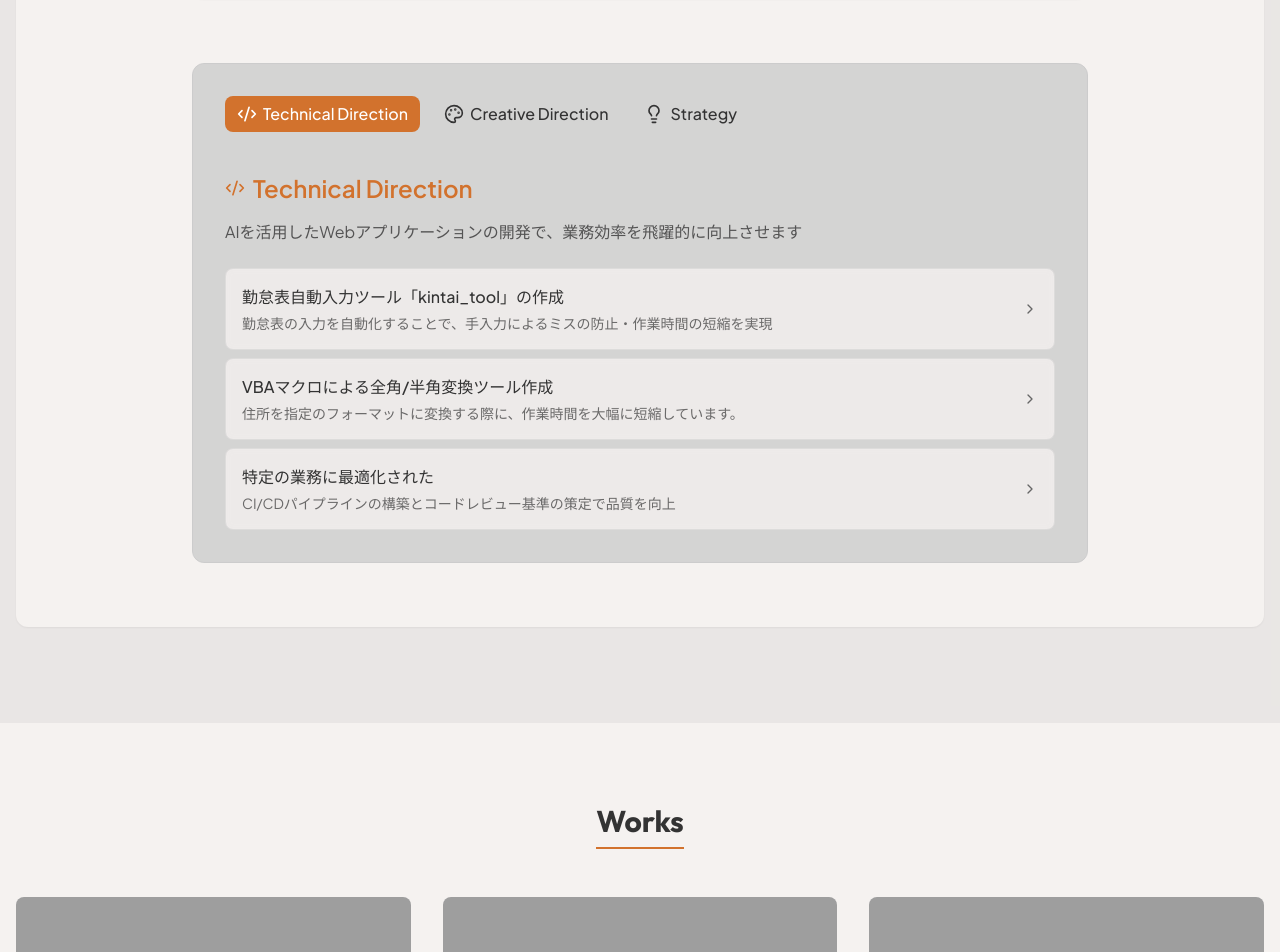
Repository: Tomo0108/portfolio_dot_tomo
Page: /
The author's editor kept a copy of each file at every save. The page is drawn from the files as they stood at one save, then again after the next save.
The browser window is 1280 px wide. The pictures show the part of the page from y = 1327 to 2279 px (the page is 3996 px tall).
Pictures or frames that could not be fetched are drawn as grey boxes. The page's requests for data from a server got no answer. The project was rebuilt for these pictures with package versions that can differ from the ones it lists, and the page was loaded fresh each time. The framework's server and built-in components were replaced by stand-ins that run in the browser. No one was signed in, and anything a server would have sent is missing. Also part of the build but not shown: next.config.js, components/loading-spinner.tsx.

Above is the page before, as saved 2025-03-23 16:42:13.

### app/layout.tsx
import './globals.css';
import type { Metadata } from 'next';
import { Outfit, Plus_Jakarta_Sans } from 'next/font/google';
import { ThemeProvider } from '@/components/theme-provider';
import { Toaster } from '@/components/ui/sonner';
import { Navigation } from '@/components/navigation';
import { Footer } from '@/components/footer';
import { cn } from '@/lib/utils';

const outfit = Outfit({
  subsets: ['latin'],
  variable: '--font-outfit',
});

const plusJakartaSans = Plus_Jakarta_Sans({
  subsets: ['latin'],
  variable: '--font-plus-jakarta-sans',
});

export const metadata: Metadata = {
  title: 'Portfolio | Tomo',
  description: 'Welcome to my portfolio website.',
};

export default function RootLayout({
  children,
}: {
  children: React.ReactNode;
}) {
  return (
    <html lang="en" suppressHydrationWarning>
      <body className={cn(
        outfit.variable,
        plusJakartaSans.variable,
        'min-h-screen bg-background font-sans antialiased'
      )}>
        <ThemeProvider
          attribute="class"
          defaultTheme="system"
          enableSystem
          disableTransitionOnChange
        >
          <Navigation />
          {children}
          <Footer />
          <Toaster />
        </ThemeProvider>
      </body>
    </html>
  );
}

### app/page.tsx
import { Suspense } from 'react';
import { Hero } from '@/components/sections/hero';
import { About } from '@/components/sections/about';
import { Works } from '@/components/sections/works';
import { ZennArticlesLoader } from '@/components/sections/zenn-articles-loader';
import { Gallery } from '@/components/sections/gallery';
import { Contact } from '@/components/sections/contact';
import { LoadingSpinner } from '@/components/loading-spinner';

export default function Home() {
  return (
    <div className="w-full">
      <Hero />
      <About />
      <Suspense fallback={<LoadingSpinner />}>
        <Works />
      </Suspense>
      <Suspense fallback={<LoadingSpinner />}>
        <ZennArticlesLoader />
      </Suspense>
      <Suspense fallback={<LoadingSpinner />}>
        <Gallery />
      </Suspense>
      <Contact />
    </div>
  );
}

### components/ui/sonner.tsx
'use client';

import { useTheme } from 'next-themes';
import { Toaster as Sonner } from 'sonner';

type ToasterProps = React.ComponentProps<typeof Sonner>;

const Toaster = ({ ...props }: ToasterProps) => {
  const { theme = 'system' } = useTheme();

  return (
    <Sonner
      theme={theme as ToasterProps['theme']}
      className="toaster group"
      toastOptions={{
        classNames: {
          toast:
            'group toast group-[.toaster]:bg-background group-[.toaster]:text-foreground group-[.toaster]:border-border group-[.toaster]:shadow-lg',
          description: 'group-[.toast]:text-muted-foreground',
          actionButton:
            'group-[.toast]:bg-primary group-[.toast]:text-primary-foreground',
          cancelButton:
            'group-[.toast]:bg-muted group-[.toast]:text-muted-foreground',
        },
      }}
      {...props}
    />
  );
};

export { Toaster };

### components/sections/hero.tsx
"use client";

import { motion } from 'framer-motion';
import { RotatingNav } from '../rotating-nav';

export function Hero() {
  return (
    <section className="section-hero min-h-screen flex items-center justify-center relative bg-background/80 overflow-hidden">
      <div className="relative w-[90vh] h-[90vh] max-w-[90vw] max-h-[90vw] mx-auto backdrop-blur-sm">
        <div className="absolute inset-0 flex items-center justify-center">
          <motion.div
            className="text-center space-y-8 hero-text transition-opacity duration-300 [.nav-paused_&]:opacity-50 relative z-20"
            initial={{ opacity: 0, scale: 0.9 }}
            animate={{ opacity: 1, scale: 1 }}
            transition={{ duration: 0.5 }}
          >
            <h1 className="heading-hero text-5xl md:text-6xl lg:text-7xl font-bold leading-tight">
              <span className="text-primary">Portfolio.ToMo</span>
            </h1>
          </motion.div>
        </div>
        <RotatingNav />
      </div>
    </section>
  );
}

### components/sections/works.tsx
"use client";

import { motion } from 'framer-motion';
import Image from 'next/image';
import { ExternalLink } from 'lucide-react';

const works = [
  {
    title: "ECサイトのリデザイン",
    description: "大手ECプラットフォームの全面的なリデザインを主導し、コンバージョン率を40%改善",
    image: "https://images.unsplash.com/photo-1661956602116-aa6865609028?w=800&q=80",
    link: "#"
  },
  {
    title: "コーポレートサイト開発",
    description: "ユーザー体験を重視したレスポンシブ対応のコーポレートサイトの開発を指揮",
    image: "https://images.unsplash.com/photo-1460925895917-afdab827c52f?w=800&q=80",
    link: "#"
  },
  {
    title: "モバイルアプリのUI/UXデザイン",
    description: "人気モバイルアプリケーションのユーザーインターフェースとエクスペリエンスデザインを担当",
    image: "https://images.unsplash.com/photo-1512941937669-90a1b58e7e9c?w=800&q=80",
    link: "#"
  }
];

export function Works() {
  return (
    <section id="works" className="section-works py-20">
      <div className="container mx-auto px-4">
        <motion.div
          initial={{ opacity: 0, y: 20 }}
          whileInView={{ opacity: 1, y: 0 }}
          viewport={{ once: true }}
          transition={{ duration: 0.8 }}
        >
          <h2 className="text-3xl font-bold font-heading text-center mb-12">
            <span className="inline-block border-b-2 border-primary pb-2">Works</span>
          </h2>
          <div className="grid md:grid-cols-2 lg:grid-cols-3 gap-8">
            {works.map((work, index) => (
              <motion.div
                key={work.title}
                className="group relative overflow-hidden rounded-lg"
                initial={{ opacity: 0, y: 20 }}
                whileInView={{ opacity: 1, y: 0 }}
                viewport={{ once: true }}
                transition={{ duration: 0.8, delay: index * 0.2 }}
              >
                <div className="relative aspect-video">
                  <Image
                    src={work.image}
                    alt={work.title}
                    fill
                    className="object-cover transition-transform group-hover:scale-105"
                  />
                </div>
                <div className="absolute inset-0 bg-black/60 opacity-0 group-hover:opacity-100 transition-opacity p-6 flex flex-col justify-end">
                  <h3 className="text-white text-xl font-semibold mb-2">{work.title}</h3>
                  <p className="text-white/80 text-sm mb-4">{work.description}</p>
                  <a
                    href={work.link}
                    className="inline-flex items-center text-white hover:text-white/80"
                    target="_blank"
                    rel="noopener noreferrer"
                  >
                    View Project <ExternalLink className="ml-2 h-4 w-4" />
                  </a>
                </div>
              </motion.div>
            ))}
          </div>
        </motion.div>
      </div>
    </section>
  );
}

### components/sections/zenn-articles-loader.tsx
import { fetchZennArticles } from '@/lib/zenn';
import { ZennArticles } from './zenn-articles';

export async function ZennArticlesLoader() {
  try {
    const articles = await fetchZennArticles('tomo0108');
    return <ZennArticles articles={articles} />;
  } catch (error) {
    console.error('Failed to load Zenn articles:', error);
    return <ZennArticles articles={[]} />;
  }
}

### components/sections/contact.tsx
"use client";

import { motion } from 'framer-motion';
import { Mail, MessageSquare, Send } from 'lucide-react';
import { Button } from '@/components/ui/button';
import { Input } from '@/components/ui/input';
import { Textarea } from '@/components/ui/textarea';
import { toast } from 'sonner';

export function Contact() {
  const handleSubmit = (e: React.FormEvent) => {
    e.preventDefault();
    toast.success('メッセージを送信しました！');
  };

  return (
    <section id="contact" className="py-20 bg-muted/50">
      <div className="container mx-auto px-4">
        <motion.div
          initial={{ opacity: 0, y: 20 }}
          whileInView={{ opacity: 1, y: 0 }}
          viewport={{ once: true }}
          transition={{ duration: 0.8 }}
          className="max-w-2xl mx-auto"
        >
          <h2 className="text-3xl font-bold text-center mb-12">Contact</h2>
          <form onSubmit={handleSubmit} className="space-y-6">
            <div>
              <label htmlFor="email" className="block text-sm font-medium mb-2">
                メールアドレス
              </label>
              <div className="relative">
                <Mail className="absolute left-3 top-3 h-5 w-5 text-muted-foreground" />
                <Input
                  id="email"
                  type="email"
                  placeholder="your@email.com"
                  className="pl-10"
                  required
                />
              </div>
            </div>
            <div>
              <label htmlFor="message" className="block text-sm font-medium mb-2">
                メッセージ
              </label>
              <div className="relative">
                <MessageSquare className="absolute left-3 top-3 h-5 w-5 text-muted-foreground" />
                <Textarea
                  id="message"
                  placeholder="メッセージを入力してください..."
                  className="pl-10 min-h-[150px]"
                  required
                />
              </div>
            </div>
            <Button type="submit" className="w-full">
              メッセージを送信
              <Send className="ml-2 h-4 w-4" />
            </Button>
          </form>
        </motion.div>
      </div>
    </section>
  );
}

### components/mode-toggle.tsx
"use client";

import * as React from "react";
import { Moon, Sun } from "lucide-react";
import { useTheme } from "next-themes";
import { Button } from "@/components/ui/button";

export function ModeToggle() {
  const { setTheme, theme } = useTheme();

  return (
    <Button
      variant="ghost"
      size="icon"
      onClick={() => setTheme(theme === "light" ? "dark" : "light")}
    >
      <Sun className="h-[1.2rem] w-[1.2rem] rotate-0 scale-100 transition-all dark:-rotate-90 dark:scale-0" />
      <Moon className="absolute h-[1.2rem] w-[1.2rem] rotate-90 scale-0 transition-all dark:rotate-0 dark:scale-100" />
      <span className="sr-only">Toggle theme</span>
    </Button>
  );
}

### lib/zenn.ts
interface ZennArticle {
  id: number;
  title: string;
  slug: string;
  published_at: string;
  liked_count: number;
  article_type: string;
  emoji: string;
  path: string;
}

interface ZennResponse {
  articles: ZennArticle[];
}

export async function fetchZennArticles(username: string) {
  const response = await fetch(`https://zenn.dev/api/articles?username=${username}`, {
    headers: {
      'Content-Type': 'application/json',
    },
    next: { revalidate: 3600 }, // 1時間ごとに再検証
  });

  if (!response.ok) {
    throw new Error('Failed to fetch Zenn articles');
  }

  const data: ZennResponse = await response.json();
  return data.articles.map(article => ({
    id: article.id,
    title: article.title,
    url: `https://zenn.dev${article.path}`,
    date: new Date(article.published_at).toISOString(),
    likes: article.liked_count,
    emoji: article.emoji,
  }));
}

### data/gallery.ts
export interface GalleryItem {
  id: string;
  title: string;
  description: string;
  image: string;
  details: {
    fullDescription: string;
    technologies: string[];
    images: {
      line: string;
      color: string;
      complete: string;
    };
  };
}

export const galleryItems: { [key: string]: GalleryItem } = {
  "1": {
    id: "1",
    title: "Nahida",
    description: "原神のキャラクター、ナヒーダのイラスト作品",
    image: "/gallery/genshin_nahida1.JPG",
    details: {
      fullDescription: "草神ナヒーダの優しさと知性を表現したイラスト作品です。",
      technologies: ["Procreate", "Digital Painting"],
      images: {
        line: "/gallery/genshin_nahida1_line.JPG",
        color: "/gallery/genshin_nahida1_color.JPG",
        complete: "/gallery/genshin_nahida1.JPG"
      }
    }
  },
  "2": {
    id: "2",
    title: "Nahida II",
    description: "原神のキャラクター、ナヒーダの第二イラスト作品",
    image: "/gallery/genshin_nahida2.JPG",
    details: {
      fullDescription: "草神ナヒーダの別の表情を描いた作品です。",
      technologies: ["Procreate", "Digital Painting"],
      images: {
        line: "/gallery/genshin_nahida2_line.JPG",
        color: "/gallery/genshin_nahida2_color.JPG",
        complete: "/gallery/genshin_nahida2.JPG"
      }
    }
  },
  "3": {
    id: "3",
    title: "Killua",
    description: "HUNTER×HUNTERのキャラクター、キルアのイラスト作品",
    image: "/gallery/hunterxhunter_kirua.JPG",
    details: {
      fullDescription: "キルアの少年らしい表情と強さを表現した作品です。",
      technologies: ["Procreate", "Digital Painting"],
      images: {
        line: "/gallery/hunterxhunter_kirua_line.JPG",
        color: "/gallery/hunterxhunter_kirua_color.JPG",
        complete: "/gallery/hunterxhunter_kirua.JPG"
      }
    }
  },
  "4": {
    id: "4",
    title: "Pokemon New Year [Dragon]",
    description: "ポケモンたちとのお正月をテーマにしたイラスト作品",
    image: "/gallery/pokemon_newyear.JPG",
    details: {
      fullDescription: "ポケモンたちと日本の伝統的なお正月を楽しむ様子を描いた作品です。",
      technologies: ["Procreate", "Digital Painting"],
      images: {
        line: "/gallery/pokemon_newyear_line.JPG",
        color: "/gallery/pokemon_newyear_color.JPG",
        complete: "/gallery/pokemon_newyear.JPG"
      }
    }
  },
  "5": {
    id: "5",
    title: "Pokemon Christmas",
    description: "ポケモンたちとのクリスマスをテーマにしたイラスト作品",
    image: "/gallery/pokemon-christmas.JPG",
    details: {
      fullDescription: "ポケモンたちとクリスマスを楽しむ様子を描いた作品です。",
      technologies: ["Procreate", "Digital Painting"],
      images: {
        line: "/gallery/pokemon-christmas_color_line.JPG",
        color: "/gallery/pokemon-christmas_color.JPG",
        complete: "/gallery/pokemon-christmas.JPG"
      }
    }
  }
};

### components/ui/button.tsx
import * as React from 'react';
import { Slot } from '@radix-ui/react-slot';
import { cva, type VariantProps } from 'class-variance-authority';

import { cn } from '@/lib/utils';

const buttonVariants = cva(
  'inline-flex items-center justify-center whitespace-nowrap rounded-md text-sm font-medium ring-offset-background transition-colors focus-visible:outline-none focus-visible:ring-2 focus-visible:ring-ring focus-visible:ring-offset-2 disabled:pointer-events-none disabled:opacity-50',
  {
    variants: {
      variant: {
        default: 'bg-primary text-primary-foreground hover:bg-primary/90',
        destructive:
          'bg-destructive text-destructive-foreground hover:bg-destructive/90',
        outline:
          'border border-input bg-background hover:bg-accent hover:text-accent-foreground',
        secondary:
          'bg-secondary text-secondary-foreground hover:bg-secondary/80',
        ghost: 'hover:bg-accent hover:text-accent-foreground',
        link: 'text-primary underline-offset-4 hover:underline',
      },
      size: {
        default: 'h-10 px-4 py-2',
        sm: 'h-9 rounded-md px-3',
        lg: 'h-11 rounded-md px-8',
        icon: 'h-10 w-10',
      },
    },
    defaultVariants: {
      variant: 'default',
      size: 'default',
    },
  }
);

export interface ButtonProps
  extends React.ButtonHTMLAttributes<HTMLButtonElement>,
    VariantProps<typeof buttonVariants> {
  asChild?: boolean;
}

const Button = React.forwardRef<HTMLButtonElement, ButtonProps>(
  ({ className, variant, size, asChild = false, ...props }, ref) => {
    const Comp = asChild ? Slot : 'button';
    return (
      <Comp
        className={cn(buttonVariants({ variant, size, className }))}
        ref={ref}
        {...props}
      />
    );
  }
);
Button.displayName = 'Button';

export { Button, buttonVariants };

### components/ui/input.tsx
import * as React from 'react';

import { cn } from '@/lib/utils';

export interface InputProps
  extends React.InputHTMLAttributes<HTMLInputElement> {}

const Input = React.forwardRef<HTMLInputElement, InputProps>(
  ({ className, type, ...props }, ref) => {
    return (
      <input
        type={type}
        className={cn(
          'flex h-10 w-full rounded-md border border-input bg-background px-3 py-2 text-sm ring-offset-background file:border-0 file:bg-transparent file:text-sm file:font-medium file:text-foreground placeholder:text-muted-foreground focus-visible:outline-none focus-visible:ring-2 focus-visible:ring-ring focus-visible:ring-offset-2 disabled:cursor-not-allowed disabled:opacity-50',
          className
        )}
        ref={ref}
        {...props}
      />
    );
  }
);
Input.displayName = 'Input';

export { Input };

### components/ui/textarea.tsx
import * as React from 'react';

import { cn } from '@/lib/utils';

export interface TextareaProps
  extends React.TextareaHTMLAttributes<HTMLTextAreaElement> {}

const Textarea = React.forwardRef<HTMLTextAreaElement, TextareaProps>(
  ({ className, ...props }, ref) => {
    return (
      <textarea
        className={cn(
          'flex min-h-[80px] w-full rounded-md border border-input bg-background px-3 py-2 text-sm ring-offset-background placeholder:text-muted-foreground focus-visible:outline-none focus-visible:ring-2 focus-visible:ring-ring focus-visible:ring-offset-2 disabled:cursor-not-allowed disabled:opacity-50',
          className
        )}
        ref={ref}
        {...props}
      />
    );
  }
);
Textarea.displayName = 'Textarea';

export { Textarea };

### data/skills.ts
import { Code2, Palette, Lightbulb } from 'lucide-react';
import type { LucideIcon } from 'lucide-react';

export interface Example {
  id: string;
  title: string;
  description: string;
  longDescription: string;
}

export interface Skill {
  Icon: LucideIcon;
  title: string;
  description: string;
  examples: Example[];
}

export const skills: Skill[] = [
  {
    Icon: Code2,
    title: "Technical Direction",
    description: "AIを活用したWebアプリケーションの開発で、業務効率を飛躍的に向上させます",
    examples: [
      {
        id: "tech-1",
        title: "勤怠表自動入力ツール「kintai_tool」の作成",
        description: "勤怠表の入力を自動化することで、手入力によるミスの防止・作業時間の短縮を実現",
        longDescription: "Excelマクロを使用して勤怠表の自動入力を実現。日々の勤務時間を記録したCSVファイルから、会社指定のフォーマットに沿って勤怠表を自動生成します。手入力による転記ミスを防ぎ、月末の勤怠表作成時間を90%削減しました。また、プロジェクトごとの工数集計機能も実装し、業務効率の可視化にも貢献しています。"
      },
      {
        id: "tech-2",
        title: "VBAマクロによる全角/半角変換ツール作成",
        description: "住所を指定のフォーマットに変換する際に、作業時間を大幅に短縮しています。",
        longDescription: "住所データの全角/半角変換を自動化することで、大量のデータ処理を効率化し、作業時間を大幅に削減しました。"
      },
      {
        id: "tech-3",
        title: "特定の業務に最適化された",
        description: "CI/CDパイプラインの構築とコードレビュー基準の策定で品質を向上",
        longDescription: "詳細な技術仕様や成果についての詳細な説明をここに記載します。"
      }
    ]
  },
  {
    Icon: Palette,
    title: "Creative Direction",
    description: "デザインの提案と実装をリードし、ユーザー体験を向上させます",
    examples: [
      {
        id: "creative-1",
        title: "UXリデザインプロジェクト",
        description: "ユーザビリティテストに基づくUI改善で、コンバージョン率が25%向上",
        longDescription: "詳細な技術仕様や成果についての詳細な説明をここに記載します。"
      },
      {
        id: "creative-2",
        title: "デザインシステムの構築",
        description: "コンポーネントライブラリとガイドラインの整備で開発効率が30%改善",
        longDescription: "詳細な技術仕様や成果についての詳細な説明をここに記載します。"
      },
      {
        id: "creative-3",
        title: "ブランドアイデンティティ刷新",
        description: "一貫性のあるビジュアル表現の確立でブランド認知度が向上",
        longDescription: "詳細な技術仕様や成果についての詳細な説明をここに記載します。"
      }
    ]
  },
  {
    Icon: Lightbulb,
    title: "Strategy",
    description: "作業者の生産性向上のための戦略立案と実行をリードします",
    examples: [
      {
        id: "strategy-1",
        title: "DXコンサルティング",
        description: "業務プロセスのデジタル化で、生産性が40%向上",
        longDescription: "詳細な技術仕様や成果についての詳細な説明をここに記載します。"
      },
      {
        id: "strategy-2",
        title: "データ分析基盤の構築",
        description: "KPIモニタリングシステムの導入で、意思決定の迅速化を実現",
        longDescription: "詳細な技術仕様や成果についての詳細な説明をここに記載します。"
      },
      {
        id: "strategy-3",
        title: "プロジェクト管理改善",
        description: "アジャイル手法の導入で、開発サイクルを50%短縮",
        longDescription: "詳細な技術仕様や成果についての詳細な説明をここに記載します。"
      }
    ]
  }
];

Loaded but not shown: components/theme-provider.tsx (common file); lib/utils.ts (common file); components/sections/about.tsx (100 lines, source omitted); components/sections/gallery.tsx (142 lines, source omitted); components/rotating-nav.tsx (144 lines, source omitted); components/sections/zenn-articles.tsx (114 lines, source omitted); components/navigation.tsx (125 lines, source omitted); app/globals.css (183 lines, source omitted); components/skills-container.tsx (83 lines, source omitted); components/footer.tsx (52 lines, source omitted); tailwind.config.ts (97 lines, source omitted)

After the next save:
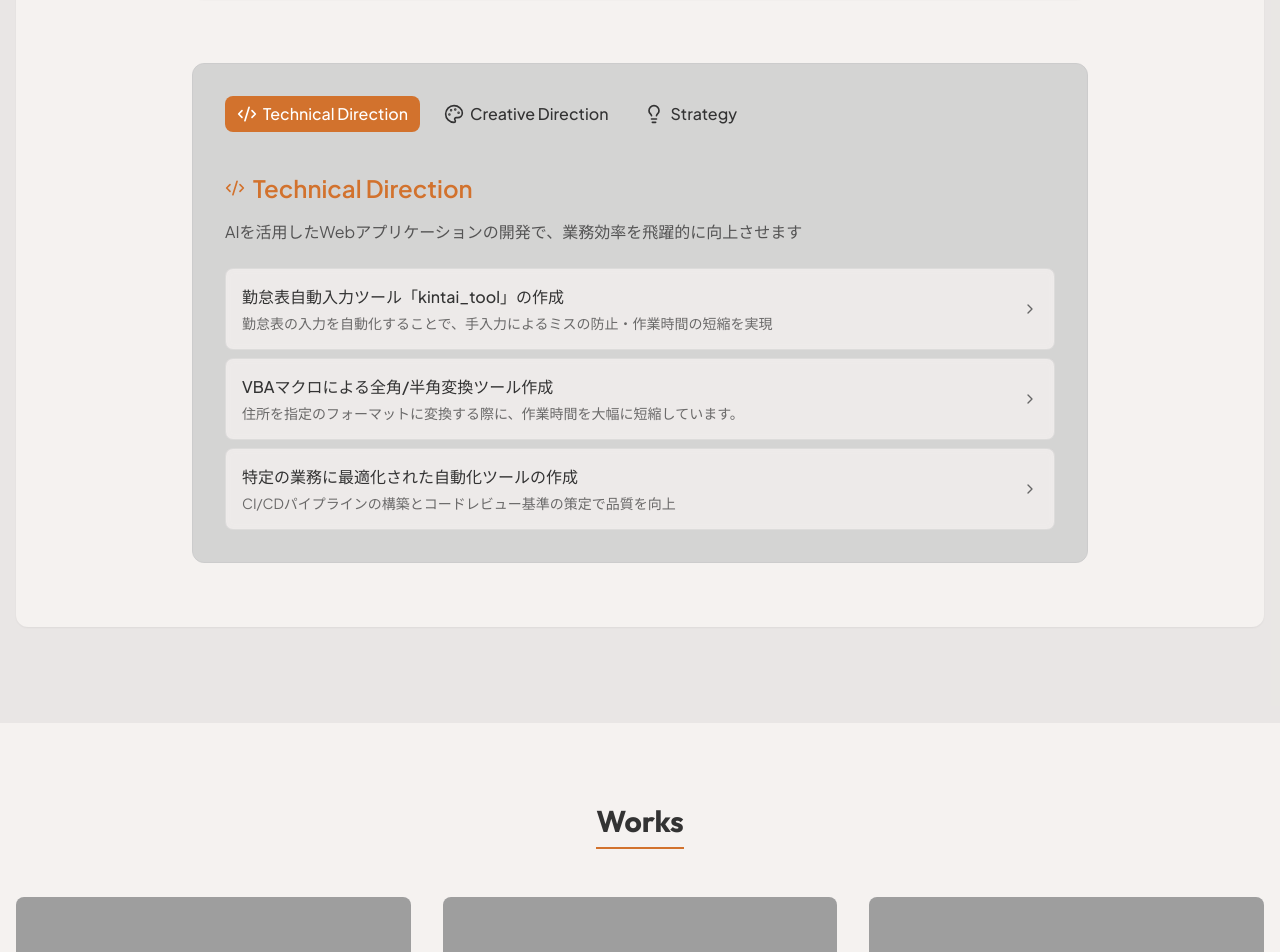
Saved 10 s later.
--- a/data/skills.ts
+++ b/data/skills.ts
@@ -35,7 +35,7 @@ export const skills: Skill[] = [
       },
       {
         id: "tech-3",
-        title: "特定の業務に最適化された",
+        title: "特定の業務に最適化された自動化ツールの作成",
         description: "CI/CDパイプラインの構築とコードレビュー基準の策定で品質を向上",
         longDescription: "詳細な技術仕様や成果についての詳細な説明をここに記載します。"
       }
